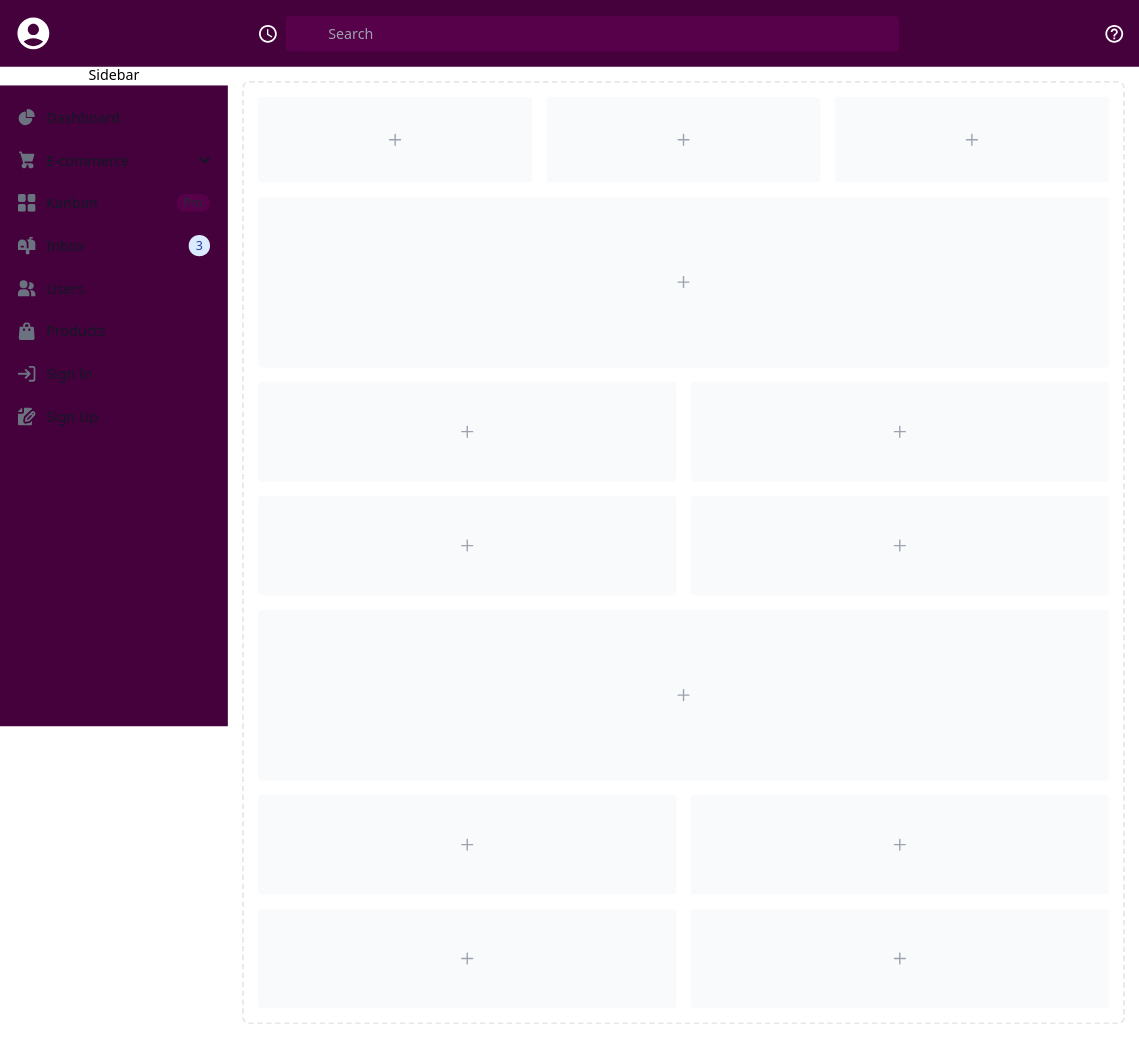
Repository: Shamraiz761/Slack_clone
Page: /
An editor plug-in stored every save of this project. The page is shown before and after the next save, followed by the edit.
The browser window is 1280 px wide. The pictures show the whole page, at 89% of full size.
The project was rebuilt for these pictures with package versions that can differ from the ones it lists, and the page was loaded fresh each time. Also part of the build but not shown: vite.config.js.

Above is the page before, as saved 2024-01-14 18:55:54.

After the next save:
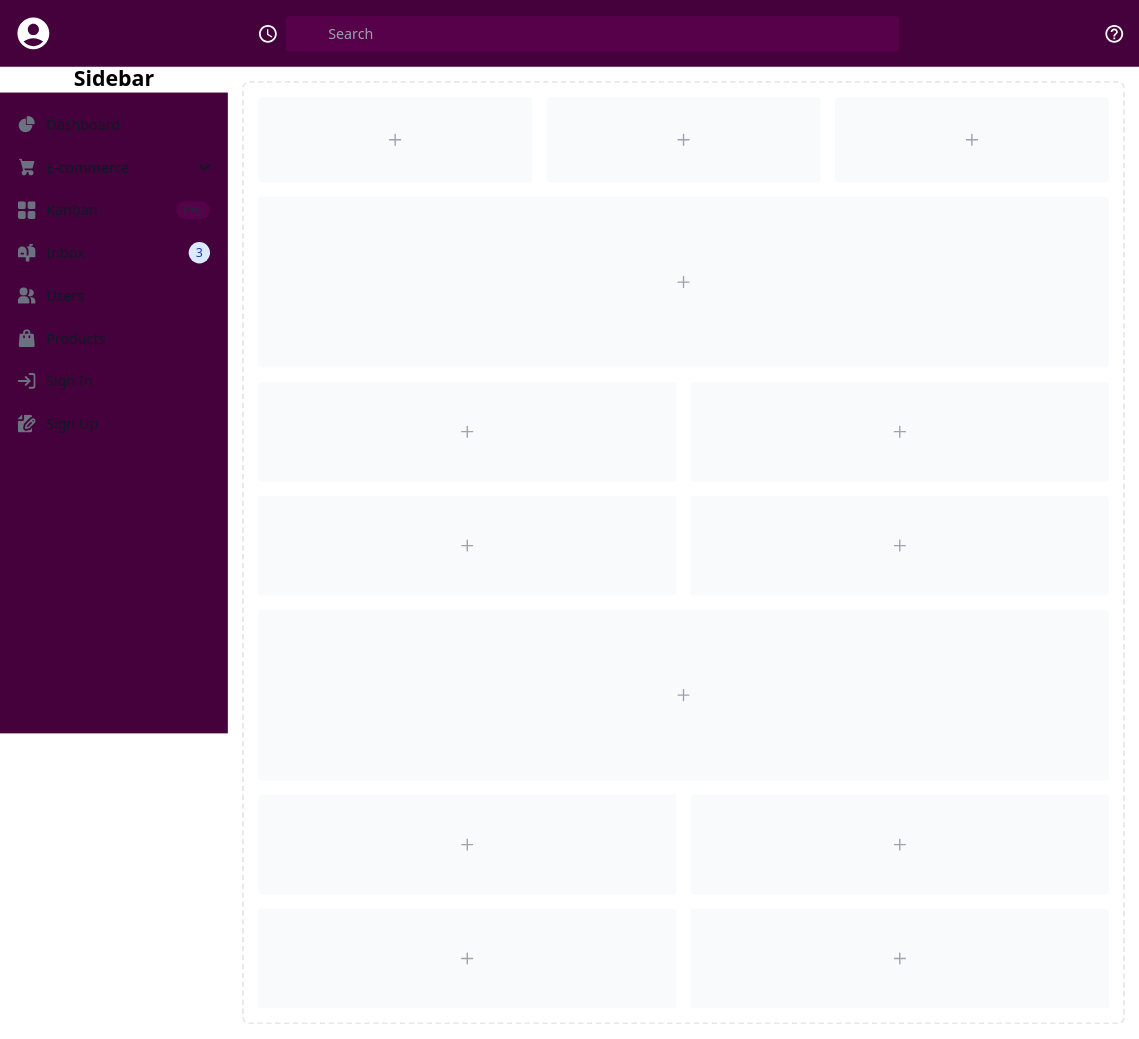
Saved 8 s later.
--- a/src/components/sidebar/Sidebar.jsx
+++ b/src/components/sidebar/Sidebar.jsx
@@ -10,7 +10,7 @@ function Sidebar() {
         className="absolute top-full left-0 mt-[-1095px] w-64 h-screen transition-transform -translate-x-full sm:translate-x-0"
         aria-label="Sidebar"
       >
-        <h1 className="text-center fon">Sidebar</h1>
+        <h1 className="text-center font-bold text-2xl ">Sidebar</h1>
         <div className="h-full px-3 py-4 overflow-y-auto bg-[#45013b] ">
           <ul className="space-y-2 font-medium">
             <li>
